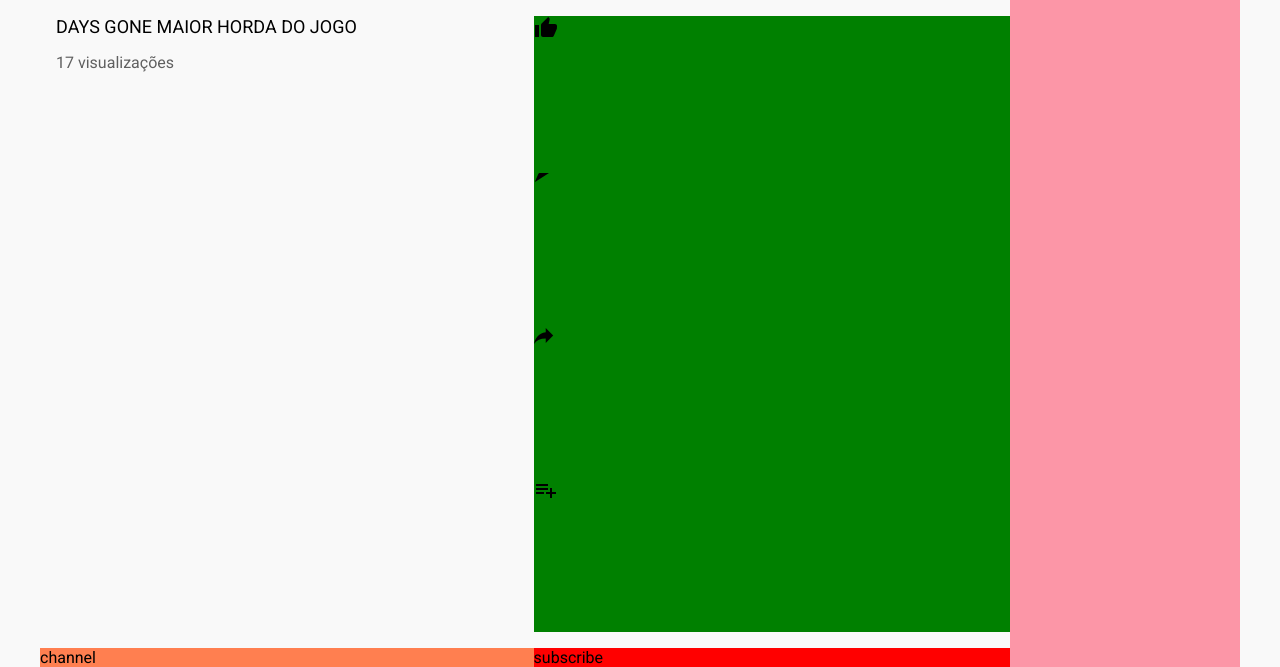
Repository: rafavirginio/clone-do-youtube
Page: index.html
These files come from the project's save history. The page is drawn as it stood at one moment and after the next save; the edit follows.
The browser window is 1280 px wide. The pictures show the part of the page from y = 629 to 1450 px (the page is 1296 px tall before and 1450 px after).

Above is the page before, as saved 2020-10-04 22:27:44.

### index.html
<!DOCTYPE html>
<html lang="pt">

<head>
    <meta charset="UTF-8">
    <meta name="viewport" content="width=device-width, initial-scale=1.0">
    <title>Youtube</title>
    <link rel="stylesheet" href="style.css">
    <link rel="shortcut icon" href="favicon.ico" type="image/x-icon">
    <link href="https://fonts.googleapis.com/css?family=Roboto:400,700&display=swap" rel="stylesheet">
</head>

<body>
    <header>
        <div class="logo">
            <img src="images/youtube.png">
        </div>

        <div class="search">
            <input type="search" placeholder="Pesquisar">
        </div>

        <div class="sign-in">

            <a href="a" class="button">Fazer login </a>
        </div>

    </header>
    <main>
        <section class="video-player">

            <iframe src="https://www.youtube.com/embed/vaApsIZjZYI" frameborder="0" allow="accelerometer; autoplay;
            clipboard-write; encrypted-media; gyroscope; picture-in-picture" allowfullscreen></iframe>
        </section>

        <section class="video-info">
            <h1>DAYS GONE MAIOR HORDA DO JOGO</h1>
            <p class="views">17 visualizações</p>

        </section>
        <section class="actions">
            <div class="action">
                <svg><g><path d="M1
            21h4V9H1v12zm22-11c0-1.1-.9-2-2-2h-6.31l.95-4.57.03-.32c0-.41-.17-.79-.44-1.06L14.17 1 7.59
            7.59C7.22 7.95 7 8.45 7 9v10c0 1.1.9 2 2
            2h9c.83 0 1.54-.5 1.84-1.22l3.02-7.05c.09-
            .23.14-.47.14-.73v-1.91l-.01-.01L23 10z"></path></g></svg>
            </div>

            <div class="action">
                <svg><g><path d="M15 3H6c-.83 0-1.54.5-1.84 1.22l-3.02 7.05c-.09.23-.14.47-.14.73v1.
                    91l.01.01L1 14c0 1.1.9 2 2 2h6.31l-.95 4.57-.03.32c0 .41.17.79.44 1.06L9.83 23l6.59-6.
                    59c.36-.36.58-.86.58-1.41V5c0-1.1-.9-2-2-2zm4 0v12h4V3h-4z"></path></g></svg>
            </div>
            <div class="action">
                <svg><g><path d="M11.7333 8.26667V4L19.2 11.4667L11.7333 18.9333V14.56C6.4 14.56 2.66667 16.2667
                     0 20C1.06667 14.6667 4.26667 9.33333 11.7333 8.26667Z"></path></g></svg>
            </div>

            <div class="action">
                <svg><g><path d="M14 10H2v2h12v-2zm0-4H2v2h12V6zm4 8v-4h-2v4h-4v2h4v4h2v-4h4v-2h-4zM2 16h8v-2H2v2z" ></path></g></svg>
            </div>
        </section>
        <section class="channel">channel</section>
        <section class="subscribe">subscribe</section>
        <section class="ad">ad</section>
        <section class="up-next">up-next</section>
    </main>


</body>

</html>

### style.css
/* Reset CSS */

* {
    margin: 0;
    padding: 0;
    box-sizing: border-box;
}

body {
    background-color: #f9f9f9;
    font-family: 'roboto', sans-serif;
}

header {
    background-color: white;
    padding: 1rem;
    border-bottom: 2px solid #f2f2f2;
    display: grid;
    grid-template-columns: auto auto auto;
    justify-content: space-between;
    align-items: center;
}

.logo img {
    width: 100px;
}

.search input[type="search"] {
    width: 400px;
    padding: 0.5rem;
    border-radius: 2px;
    border: 1px solid #ccc;
}

.button {
    padding: 0.25rem 1.5rem;
    border: 1px solid #2c5fd5;
    border-radius: 2px;
    color: #2c5fd5;
    font-weight: bold;
    text-decoration: none;
}

main {
    margin: auto;
    display: grid;
    grid-row-gap: 1rem;
    grid-template-areas: "video-player video-player" "video-info video-info" "actions actions" "channel subscribe" "up-next up-next";
}

.video-player {
    grid-area: video-player;
    position: relative;
    padding: 1rem 0 56.25% 1rem;
    height: 0;
    overflow: hidden;
    text-align: center;
}

.video-player iframe,
.video-player object,
.video-player embed {
    position: absolute;
    top: 0;
    left: 0;
    width: 100%;
    height: 100%;
}

.video-info {
    grid-area: video-info;
    padding: 0 0 1rem 1rem;
}

.video-info h1 {
    font-size: 18px;
    font-weight: normal;
    margin-bottom: 1rem;
}

.video-info .views {
    color: #606060;
}

.actions {
    background-color: green;
    grid-area: actions;
}

.channel {
    background-color: coral;
    grid-area: channel;
}

.subscribe {
    background-color: red;
    grid-area: subscribe;
}

.ad {
    background-color: orange;
    grid-area: ad;
}

.up-next {
    background-color: rgb(252, 150, 167);
    grid-area: up-next;
}

@media screen and(max-width: 700px) {
    .search,
    .ad {
        display: none;
    }
}

@media screen and (min-width: 700px) {
    header {
        grid-template-columns: auto auto auto;
    }
    main {
        max-width: 1200px;
        grid-template-areas: "video-player video-player ad" "video-player video-player up-next" "video-info   actions   up-next" "channel      subscribe    up-next";
    }
}

After the next save:
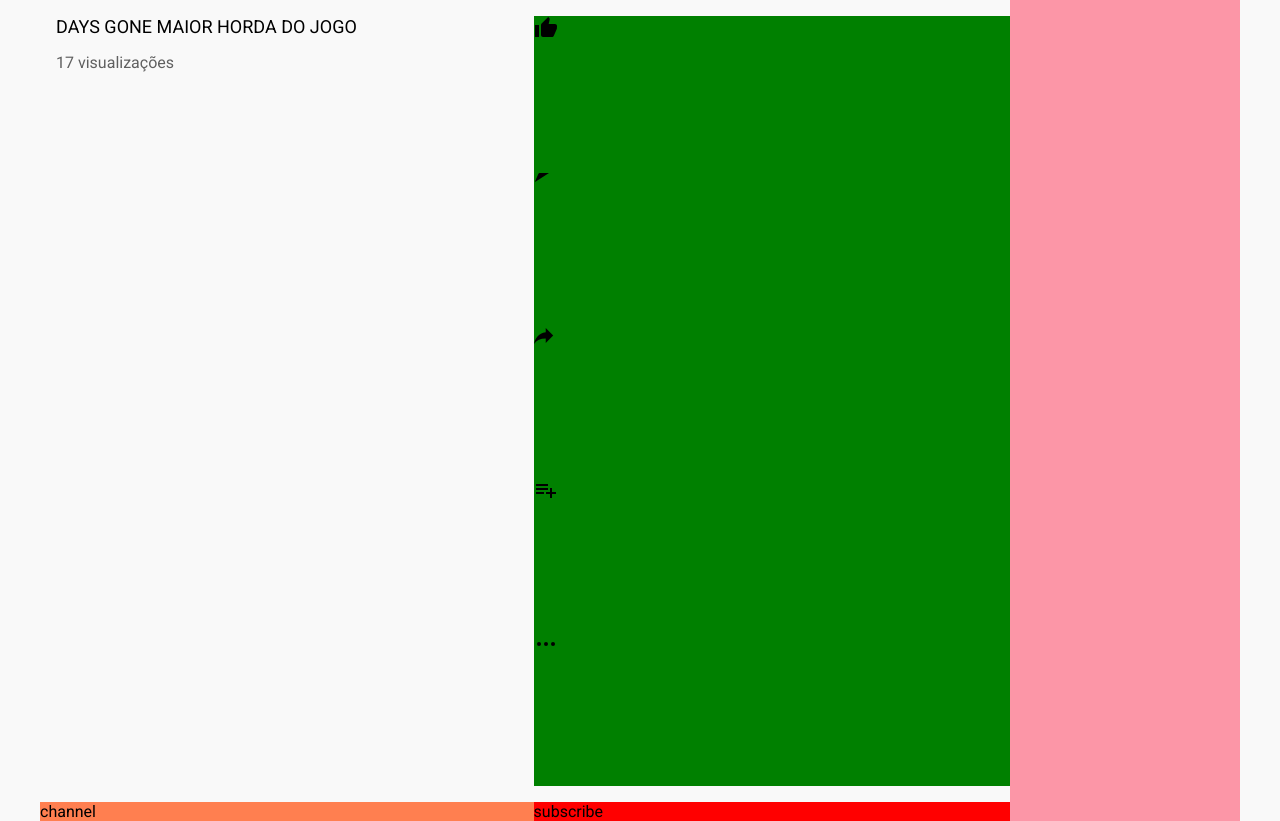
Saved 2 min 14 s later.
--- a/index.html
+++ b/index.html
@@ -60,6 +60,13 @@
             <div class="action">
                 <svg><g><path d="M14 10H2v2h12v-2zm0-4H2v2h12V6zm4 8v-4h-2v4h-4v2h4v4h2v-4h4v-2h-4zM2 16h8v-2H2v2z" ></path></g></svg>
             </div>
+
+            <div class="action">
+                <svg><g>
+                    <circle cx="5" cy="12" r="2" class="style-scope yt-icon"></circle><circle cx="12" cy="12" r="2" class="style-scope yt-icon"></circle><circle cx="19" cy="12" r="2" class="style-scope yt-icon"></circle>
+                  </g></svg>
+
+            </div>
         </section>
         <section class="channel">channel</section>
         <section class="subscribe">subscribe</section>
